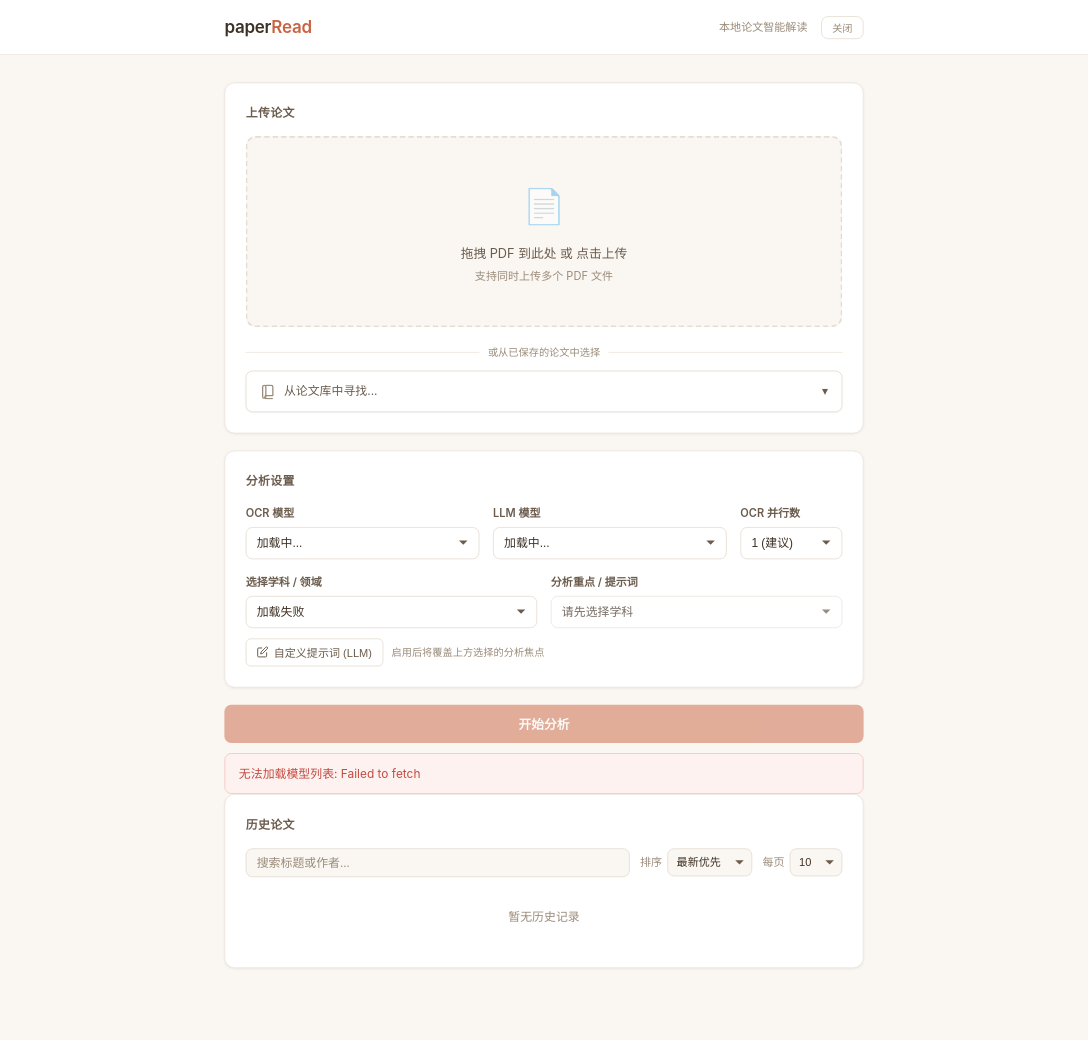
Repository: Skywarder0409/paperRead
Page: src/web/static/index.html
An editor plug-in stored every save of this project. The page is shown before and after the next save, followed by the edit.
The browser window is 1280 px wide. The pictures show the whole page, at 85% of full size.
The page's requests for data from a server got no answer.

Above is the page before, as saved 2026-02-06 17:08:26.

### src/web/static/index.html
<!DOCTYPE html>
<html lang="zh-CN">

<head>
    <meta charset="UTF-8">
    <meta name="viewport" content="width=device-width, initial-scale=1.0">
    <title>paperRead - 本地论文智能解读</title>
    <link rel="stylesheet" href="/static/style.css">
</head>

<body>
    <header class="header">
        <div class="header-inner">
            <div>
                <h1>paper<span>Read</span></h1>
            </div>
            <div class="header-right">
                <div class="header-subtitle">本地论文智能解读</div>
                <button class="btn-shutdown" id="btnShutdown" title="关闭服务器">关闭</button>
            </div>
        </div>
    </header>

    <main class="container">
        <!-- 上传区域 -->
        <div class="card">
            <div class="card-title">上传论文</div>
            <div class="upload-zone" id="uploadZone">
                <div class="upload-zone-icon">&#128196;</div>
                <div class="upload-zone-text">拖拽 PDF 到此处 或 点击上传</div>
                <div class="upload-zone-hint">支持同时上传多个 PDF 文件</div>
                <input type="file" id="fileInput" accept=".pdf" multiple>
            </div>
            <div class="file-list" id="fileList"></div>

            <div class="papers-divider">或从已保存的论文中选择</div>

            <!-- 已选论文卡槽 -->
            <div class="selected-chips" id="selectedChips"></div>

            <div class="papers-dropdown" id="papersDropdown">
                <div class="papers-dropdown-header" id="papersDropdownHeader">
                    <div class="papers-dropdown-header-main">
                        <svg class="icon" viewBox="0 0 24 24" fill="none" stroke="currentColor" stroke-width="2">
                            <path
                                d="M4 19.5v-15A2.5 2.5 0 0 1 6.5 2a2.5 2.5 0 0 1 2.5 2.5v15a2.5 2.5 0 0 1-2.5 2.5A2.5 2.5 0 0 1 4 19.5Z" />
                            <path d="M20 22.5h-10.5c-.5 0-1-.2-1.4-.6a2.5 2.5 0 0 1 0-3.4c.4-.4.9-.6 1.4-.6H20" />
                            <path d="M20 18.5v-14a2.5 2.5 0 0 0-2.5-2.5H9" />
                        </svg>
                        <span class="papers-dropdown-placeholder">从论文库中寻找...</span>
                    </div>
                    <span class="papers-dropdown-arrow">&#9662;</span>
                </div>
                <div class="papers-dropdown-content" id="papersDropdownContent">
                    <div class="papers-dropdown-search">
                        <svg class="search-icon" viewBox="0 0 24 24" fill="none" stroke="currentColor" stroke-width="2">
                            <circle cx="11" cy="11" r="8" />
                            <path d="m21 21-4.3-4.3" />
                        </svg>
                        <input type="text" id="libSearchInput" placeholder="请输入关键词搜索论文...">
                    </div>
                    <div class="papers-dropdown-actions">
                        <button type="button" id="libSelectAll" class="btn-text">全选</button>
                        <button type="button" id="libClearAll" class="btn-text">清除</button>
                    </div>
                    <div class="papers-dropdown-list" id="papersLibrary">
                        <div class="papers-library-status">正在连接论文库...</div>
                    </div>
                </div>
            </div>
        </div>

        <!-- 模型与模式选择 -->
        <div class="card">
            <div class="card-title">分析设置</div>
            <div class="form-row">
                <div class="form-group">
                    <label for="ocrModel">OCR 模型</label>
                    <select id="ocrModel">
                        <option value="">加载中...</option>
                    </select>
                </div>
                <div class="form-group">
                    <label for="llmModel">LLM 模型</label>
                    <select id="llmModel">
                        <option value="">加载中...</option>
                    </select>
                </div>
                <div class="form-group" style="flex: 0 0 120px;">
                    <label for="ocrParallelThreads">OCR 并行数</label>
                    <select id="ocrParallelThreads">
                        <option value="1" selected>1 (建议)</option>
                        <option value="2">2 (双线程)</option>
                        <option value="4">4 (强力)</option>
                        <option value="8">8 (极速)</option>
                    </select>
                </div>
            </div>
            <div class="form-grid">
                <div class="form-group">
                    <label>选择学科 / 领域</label>
                    <select id="analysisSubject">
                        <option value="">正在加载库...</option>
                    </select>
                </div>
                <div class="form-group">
                    <label>分析重点 / 提示词</label>
                    <select id="analysisMode" disabled>
                        <option value="">请先选择学科</option>
                    </select>
                </div>
            </div>

            <div class="prompt-preview" id="promptPreview">
                <div class="prompt-preview-title">提示词预览</div>
                <div class="prompt-preview-content" id="promptPreviewContent"></div>
            </div>

            <div class="custom-prompt-trigger">
                <button type="button" id="btnShowCustomPrompt" class="btn-outline-sm">
                    <svg class="icon-sm" viewBox="0 0 24 24" fill="none" stroke="currentColor" stroke-width="2">
                        <path d="M11 4H4a2 2 0 0 0-2 2v14a2 2 0 0 0 2 2h14a2 2 0 0 0 2-2v-7" />
                        <path d="M18.5 2.5a2.121 2.121 0 0 1 3 3L12 15l-4 1 1-4 9.5-9.5z" />
                    </svg>
                    自定义提示词 (LLM)
                </button>
                <span class="text-hint">启用后将覆盖上方选择的分析焦点</span>
            </div>

            <div class="custom-prompt-area" id="customPromptArea">
                <textarea id="customPromptText"
                    placeholder="在此输入自定义核心指令，系统会自动注入论文内容。例如：&#10;请帮我提取这篇论文涉及的所有数学公式，并给出简要解释。"></textarea>
                <div class="custom-prompt-actions">
                    <label class="custom-save-switch">
                        <input type="checkbox" id="saveCustomPrompt">
                        <span class="save-label">保存到库 (学科: 自定义)</span>
                    </label>
                    <input type="text" id="customPromptName" placeholder="命名这个提示词..." class="input-sm">
                </div>
            </div>
        </div>

        <!-- 开始按钮 -->
        <button class="btn btn-primary" id="btnAnalyze" disabled>开始分析</button>
        <div class="error-msg" id="errorMsg"></div>

        <!-- 进度 -->
        <div class="card progress-section" id="progressSection">
            <div class="card-title">分析进度<span class="progress-file-info" id="progressFileInfo"></span></div>
            <div class="progress-header">
                <span class="progress-stage" id="progressStage">准备中...</span>
                <div class="progress-right">
                    <span class="progress-timer" id="progressTimer">00:00</span>
                    <span class="progress-percent" id="progressPercent">0%</span>
                </div>
            </div>
            <div class="progress-bar">
                <div class="progress-fill" id="progressFill"></div>
            </div>
            <div class="progress-detail" id="progressDetail"></div>
        </div>

        <!-- 结果 -->
        <div class="card result-section" id="resultSection">
            <div class="card-title">分析结果</div>
            <div class="result-tabs">
                <button class="result-tab active" data-tab="markdown">报告</button>
                <button class="result-tab" data-tab="json">JSON 数据</button>
            </div>
            <div class="result-content" id="resultMarkdown"></div>
            <div class="result-content result-json" id="resultJson"></div>
            <div class="download-bar" id="downloadBar">
                <button class="btn-download" id="btnDownloadMd">下载 Markdown 报告</button>
                <button class="btn-download btn-download-secondary" id="btnDownloadJson">下载 JSON 数据</button>
            </div>
        </div>

        <!-- 历史论文 -->
        <div class="card" id="historySection">
            <div class="card-title">历史论文</div>
            <div class="history-toolbar">
                <input type="text" class="history-search" id="historySearch" placeholder="搜索标题或作者...">
                <div class="history-page-size">
                    <label>排序</label>
                    <select id="historySort">
                        <option value="time_desc" selected>最新优先</option>
                        <option value="time_asc">最早优先</option>
                        <option value="title_asc">标题 (A-Z)</option>
                        <option value="title_desc">标题 (Z-A)</option>
                    </select>
                </div>
                <div class="history-page-size">
                    <label>每页</label>
                    <select id="historyPageSize">
                        <option value="10" selected>10</option>
                        <option value="50">50</option>
                        <option value="100">100</option>
                    </select>
                </div>
            </div>
            <div class="history-list" id="historyList">
                <div class="history-empty">暂无历史记录</div>
            </div>
            <div class="history-pagination" id="historyPagination"></div>
        </div>
    </main>

    <script src="/static/app.js?v=4"></script>
</body>

</html>

Loaded but not shown: src/web/static/app.js (1030 lines, source omitted); src/web/static/style.css (1244 lines, source omitted)

After the next save:
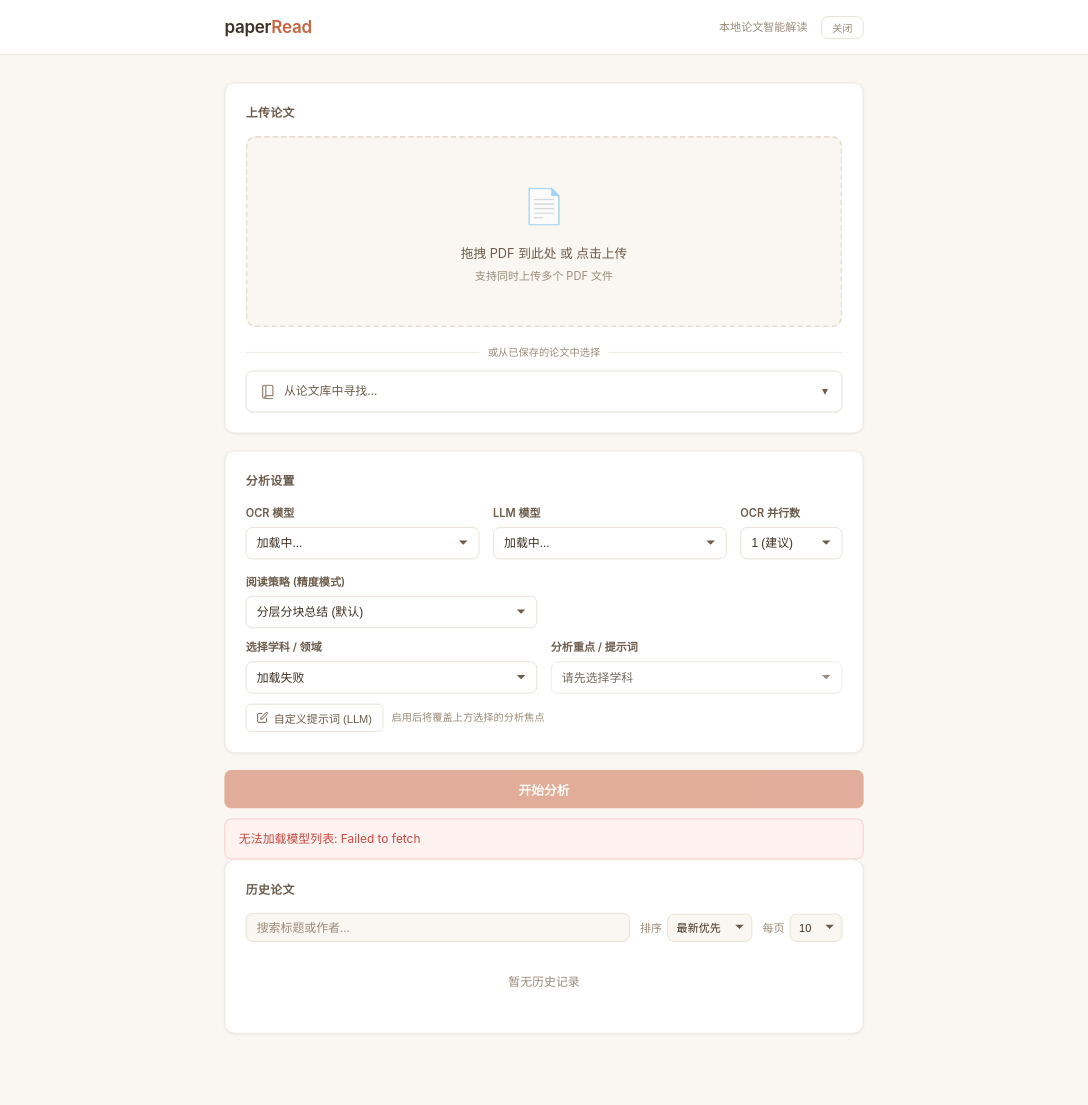
Saved 3 h 13 min later.
--- a/src/web/static/index.html
+++ b/src/web/static/index.html
@@ -93,6 +93,14 @@
                         <option value="2">2 (双线程)</option>
                         <option value="4">4 (强力)</option>
                         <option value="8">8 (极速)</option>
+                    </select>
+                </div>
+            </div>
+            <div class="form-grid">
+                <div class="form-group">
+                    <label>阅读策略 (精度模式)</label>
+                    <select id="readStrategy">
+                        <option value="hierarchical">分层分块总结 (默认)</option>
                     </select>
                 </div>
             </div>
